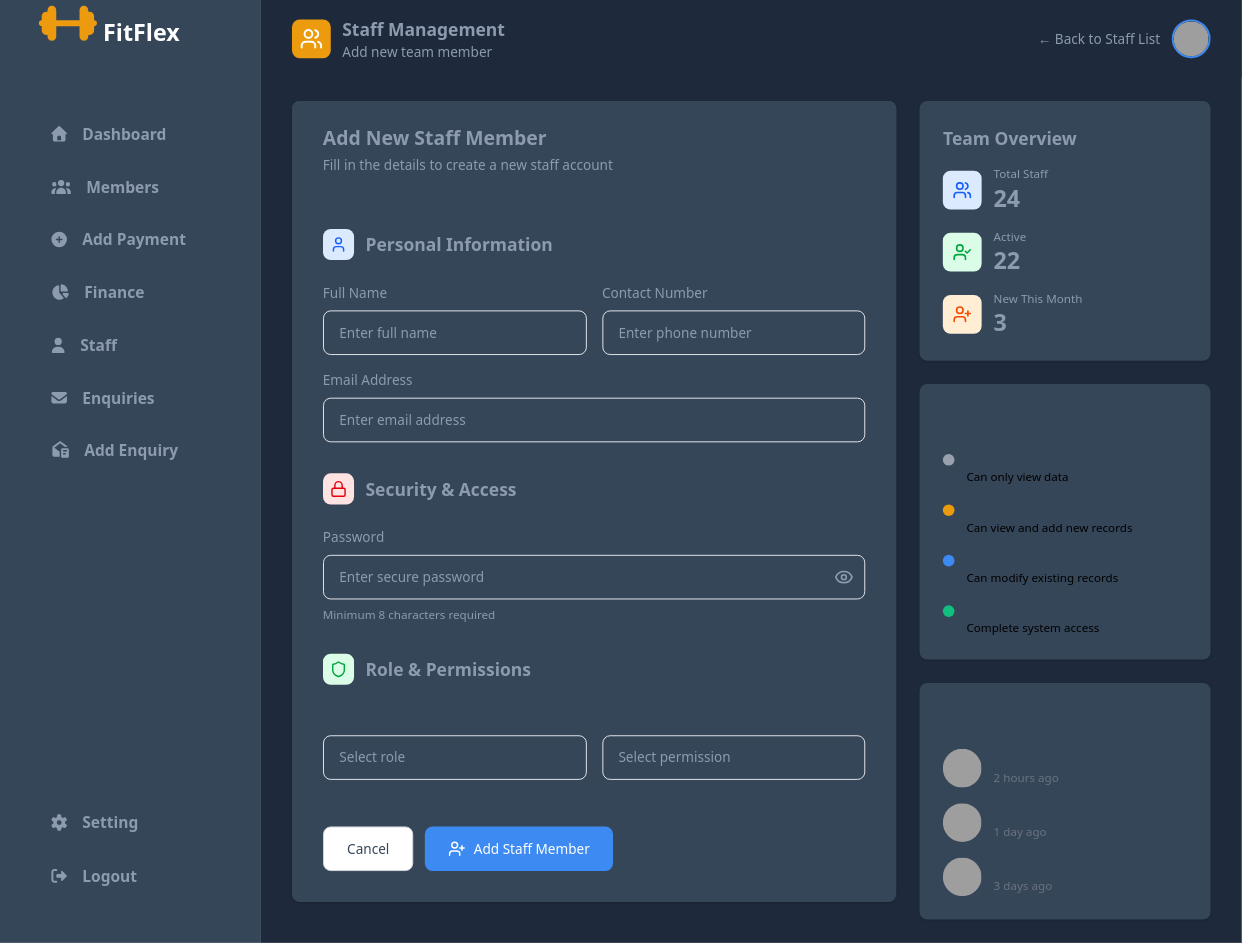
Repository: MuhammadTalhaTaj/gym_management_app_backend
Page: /addstaff (app in frontend/)
An editor plug-in stored every save of this project. The page is shown before and after the next save, followed by the edit.
The browser window is 1280 px wide. The pictures show the whole page, at 97% of full size.
Pictures or frames that could not be fetched are drawn as grey boxes. The project was rebuilt for these pictures with package versions that can differ from the ones it lists, and the page was loaded fresh each time. Also part of the build but not shown: frontend/vite.config.ts, frontend/src/assets/styles/AdminHeader.css, frontend/src/Components/AdminHeader.tsx, frontend/src/assets/styles/AdminDashboard.css, frontend/src/hooks/useDashboardData.ts, frontend/src/assets/styles/AdminDashboardStats.css, frontend/src/Components/AdminDashboardStats.tsx, frontend/src/Components/IncomeExpenseChart.tsx and 31 more.

Above is the page before, as saved 2025-11-21 10:47:13.

### frontend/index.html
<!doctype html>
<html lang="en">

<head>
  <meta charset="UTF-8" />
  <link rel="icon" type="image/svg+xml" href="/vite.svg" />
  <meta name="viewport" content="width=device-width, initial-scale=1.0" />
  <title>GymManagement</title>
  <link rel="preconnect" href="https://fonts.googleapis.com" />
  <link rel="preconnect" href="https://fonts.gstatic.com" crossorigin />
  <link rel="stylesheet" href="https://fonts.googleapis.com/css2?family=Roboto:wght@300;400;500;700&display=swap" />

</head>

<body>
  <div id="root"></div>
  <script type="module" src="/src/main.tsx"></script>
</body>

</html>

### frontend/src/index.css
@import "tailwindcss";
:root{
  padding: 0;
  margin: 0;
  box-sizing: border-box;
  --primary-100:#364659;
  --primary-200:#1E293B;
  --primary-300:#8C9BB0;
  --secondary-100: #EC9A0E;
  --secondary-200:#595446;
  --tertiary-100: #F24949;
  --tertiary-100-30: #584252;
  --tertiary-200: #F47117;
  --tertiary-200-30: #5A4B48;
  --tertiary-300: #11BF7F;
  --tertiary-300-30: #2B595E;
  --tertiary-400: #3D8BF2;
  --tertiary-400-30: #344E75;
  --tertiary-500: #94A3B8;
  --tertiary-600: #1E293B;
}
body{
  padding: 0;
  margin: 0;
}
.adminMain{
  display: flex;
  margin: 0;
  justify-content: space-between;
  padding: 0;
  /* border: 2px solid blue; */
}
@media all and (max-width:700px) {
  .adminMain{
    flex-direction: column;
  }
}

### frontend/src/Components/ProtectedRoute.tsx
import React, { useEffect, useState } from "react";
// import { Navigate } from "react-router-dom";
import { apiRequest } from "../config/api";

type Props = {
  children: React.ReactNode;
};

const getStoredToken = (): string | null => {
  return localStorage.getItem("accessToken") || sessionStorage.getItem("accessToken");
};

export default function ProtectedRoute({ children }: Props) {
  const [status, setStatus] = useState<"pending" | "ok" | "unauth">("pending");

  useEffect(() => {
    let mounted = true;

    const token = getStoredToken();
    if (!token) {
      // no token -> immediately unauth
      if (mounted) setStatus("unauth");
      return;
    }

    const validate = async () => {
      try {
        // call backend authenticate endpoint
        const res = await apiRequest<{ success?: boolean; message?: string; userId?: string }>({
          method: "GET",
          endpoint: "/auth/authenticate"
        });

        // backend returns success:true on valid token
        if (mounted && res && (res as any).success === true) {
          setStatus("ok");
        } else {
          // treat missing success flag as unauth
          if (mounted) setStatus("unauth");
        }
      } catch (err) {
        // any error -> unauth
        if (mounted) setStatus("unauth");
      }
    };

    validate();

    return () => { mounted = false; };
  }, []);

  if (status === "pending") {
    // while checking, render nothing (keep UI/layout unchanged)
    return null;
  }

  if (status === "unauth") {
    // clear tokens to ensure clean state, then redirect
    try {
      localStorage.removeItem("accessToken");
      sessionStorage.removeItem("accessToken");
    } catch (e) {
      // ignore
    }
    // return <Navigate to="/login" replace />;
  }

  // auth ok
  return <>{children}</>;
}

### frontend/src/context/AuthContext.tsx
// src/context/AuthContext.tsx (example)
import React, { createContext, useEffect } from "react";
import { onAuthFailure,
  // setAccessToken as storeAccessToken,
   clearTokens } from "../config/auth";
import { useNavigate } from "react-router-dom";

export const AuthContext = createContext<any>(null);

export const AuthProvider: React.FC<{children:any}> = ({ children }) => {
  const navigate = useNavigate();

  useEffect(() => {
    onAuthFailure(() => {
      // clear local tokens and redirect to login
      clearTokens();
      navigate("/login");
    });
  }, [navigate]);

  return <AuthContext.Provider value={{}}>{children}</AuthContext.Provider>;
};

### frontend/src/pages/Admin/AddStaff.tsx
import React, { useState } from 'react';
import { Eye, EyeOff, Users, UserCheck, UserPlus, Shield, User, Lock } from 'lucide-react';

// Data file - export this to a separate file in your project (e.g., staffData.js)
export const staffData = {
  teamOverview: {
    totalStaff: 24,
    activeStaff: 22,
    newThisMonth: 3
  },
  permissionLevels: [
    {
      id: 'view-only',
      name: 'View Only',
      description: 'Can only view data',
      color: 'bg-gray-400'
    },
    {
      id: 'view-add',
      name: 'View + Add',
      description: 'Can view and add new records',
      color: 'bg-[var(--secondary-100)]'
    },
    {
      id: 'view-add-update',
      name: 'View + Add + Update',
      description: 'Can modify existing records',
      color: 'bg-[var(--tertiary-400)]'
    },
    {
      id: 'full-access',
      name: 'Full Access',
      description: 'Complete system access',
      color: 'bg-[var(--tertiary-300)]'
    }
  ],
  recentActivity: [
    {
      id: 1,
      name: 'Sarah Chen',
      action: 'joined',
      time: '2 hours ago',
      avatar: 'https://i.pravatar.cc/150?img=1'
    },
    {
      id: 2,
      name: 'Mike Johnson',
      action: 'updated',
      time: '1 day ago',
      avatar: 'https://i.pravatar.cc/150?img=2'
    },
    {
      id: 3,
      name: 'Emma Davis',
      action: 'added',
      time: '3 days ago',
      avatar: 'https://i.pravatar.cc/150?img=3'
    }
  ],
  jobRoles: [
    'Select role',
    'Administrator',
    'Manager',
    'Developer',
    'Designer',
    'Analyst',
    'Support Staff'
  ],
  permissions: [
    'Select permission',
    'View Only',
    'View + Add',
    'View + Add + Update',
    'Full Access'
  ]
};

// Reusable Components
const Card = ({ children, className = '' }) => (
  <div className={`bg-[var(--primary-100)] rounded-lg shadow-sm ${className}`}>
    {children}
  </div>
);

const Input = ({ label, placeholder, type = 'text', value, onChange, showPasswordToggle, onTogglePassword, showPassword, helperText }) => (
  <div className="flex flex-col gap-2 ">
    {label && (
      <label className="text-sm font-medium text-[var(--primary-300)]">
        {label}
      </label>
    )}
    <div className="relative">
      <input
        type={type}
        placeholder={placeholder}
        value={value}
        onChange={onChange}
        className="w-full px-4 py-3 bg-[var(--primary-100)] border border-gray-200 rounded-lg text-sm text-[var(--primary-300)] placeholder-[var(--primary-300)] focus:outline-none focus:ring-2 focus:ring-[var(--tertiary-400)] focus:border-transparent transition-all"
      />
      {showPasswordToggle && (
        <button
          type="button"
          onClick={onTogglePassword}
          className="absolute right-3 top-1/2 -translate-y-1/2 text-[var(--primary-300)] hover:text-[var(--primary-100)] transition-colors"
        >
          {showPassword ? <EyeOff size={20} /> : <Eye size={20} />}
        </button>
      )}
    </div>
    {helperText && (
      <span className="text-xs text-[var(--primary-300)]">{helperText}</span>
    )}
  </div>
);

const Select = ({ label, options, value, onChange }) => (
  <div className="flex flex-col gap-2">
    {label && (
      <label className="text-sm font-medium text-[var(--primary-100)]">
        {label}
      </label>
    )}
    <select
      value={value}
      onChange={onChange}
      className="w-full px-4 py-3 bg-[var(--primary-100)] border border-gray-200 rounded-lg text-sm text-[var(--primary-300)] focus:outline-none focus:ring-2 focus:ring-[var(--tertiary-400)] focus:border-transparent transition-all appearance-none cursor-pointer"
      style={{
        backgroundImage: `url("data:[embedded picture, 161 characters]")`,
        backgroundRepeat: 'no-repeat',
        backgroundPosition: 'right 1rem center'
      }}
    >
      {options.map((option, index) => (
        <option key={index} value={option}>
          {option}
        </option>
      ))}
    </select>
  </div>
);

const Button = ({ children, variant = 'primary', onClick, icon: Icon }) => {
  const variants = {
    primary: 'bg-[var(--tertiary-400)] hover:bg-[var(--tertiary-400)]/90 text-white',
    secondary: 'bg-white hover:bg-gray-50 text-[var(--primary-100)] border border-gray-300'
  };

  return (
    <button
      onClick={onClick}
      className={`px-6 py-3 rounded-lg font-medium text-sm transition-all flex items-center justify-center gap-2 ${variants[variant]}`}
    >
      {Icon && <Icon size={18} />}
      {children}
    </button>
  );
};

const StatsCard = ({ icon: Icon, label, value, iconBg, iconColor }) => (
  <div className="flex items-center gap-3">
    <div className={`w-10 h-10 rounded-lg ${iconBg} flex items-center justify-center`}>
      <Icon size={20} className={iconColor} />
    </div>
    <div>
      <p className="text-xs text-[var(--primary-300)]">{label}</p>
      <p className="text-2xl font-bold text-[var(--primary-300)]">{value}</p>
    </div>
  </div>
);

const ActivityItem = ({ activity }) => (
  <div className="flex items-center gap-3">
    <img
      src={activity.avatar}
      alt={activity.name}
      className="w-10 h-10 rounded-full object-cover"
    />
    <div className="flex-1">
      <p className="text-sm font-medium text-[var(--primary-100)]">
        {activity.name} {activity.action}
      </p>
      <p className="text-xs text-gray-500">{activity.time}</p>
    </div>
  </div>
);

const PermissionItem = ({ permission }) => (
  <div className="flex items-start gap-3">
    <div className={`w-3 h-3 rounded-full ${permission.color} mt-1`}></div>
    <div className="flex-1">
      <p className="text-sm font-semibold text-[var(--primary-100)]">{permission.name}</p>
      <p className="text-xs tt-gray-500ex">{permission.description}</p>
    </div>
  </div>
);

const SectionHeader = ({ icon: Icon, title, iconBg, iconColor }) => (
  <div className="flex items-center gap-3 mb-6">
    <div className={`w-8 h-8 rounded-lg ${iconBg} flex items-center justify-center`}>
      <Icon size={18} className={iconColor} />
    </div>
    <h3 className="text-lg font-semibold text-[var(--primary-300)]">{title}</h3>
  </div>
);

// Main Component
const AddStaff = () => {
  const [formData, setFormData] = useState({
    fullName: '',
    contactNumber: '',
    email: '',
    password: '',
    jobRole: staffData.jobRoles[0],
    permission: staffData.permissions[0]
  });

  const [showPassword, setShowPassword] = useState(false);

  const handleInputChange = (field) => (e) => {
    setFormData(prev => ({ ...prev, [field]: e.target.value }));
  };

  const handleSubmit = () => {
    console.log('Form submitted:', formData);
    // Add your form submission logic here
  };

  const handleCancel = () => {
    setFormData({
      fullName: '',
      contactNumber: '',
      email: '',
      password: '',
      jobRole: staffData.jobRoles[0],
      permission: staffData.permissions[0]
    });
  };

  return (
    <div className="min-h-screen w-full bg-[var(--primary-200)]">
      {/* Header */}
      <header className="bg-[var(--primary-200)] text-white px-4 sm:px-6 lg:px-8 py-4">
        <div className="max-w-7xl mx-auto flex items-center justify-between">
          <div className="flex items-center gap-3">
            <div className="w-10 h-10 bg-[var(--secondary-100)] rounded-lg flex items-center justify-center">
              <Users size={24} />
            </div>
            <div>
              <h1 className="text-lg font-semibold text-[var(--primary-300)]">Staff Management</h1>
              <p className="text-sm text-[var(--primary-300)]">Add new team member</p>
            </div>
          </div>
          <div className="flex items-center gap-3">
            <button className="flex items-center text-[var(--primary-300)] gap-2 text-sm hover:text-gray-300 transition-colors">
              <span className="hidden sm:inline">← Back to Staff List</span>
              <span className="sm:hidden">← Back</span>
            </button>
            <img
              src="https://i.pravatar.cc/150?img=5"
              alt="User"
              className="w-10 h-10 rounded-full object-cover border-2 border-[var(--tertiary-400)]"
            />
          </div>
        </div>
      </header>

      {/* Main Content */}
      <main className="max-w-7xl mx-auto px-4 sm:px-6 lg:px-8 py-6">
        <div className="grid grid-cols-1 lg:grid-cols-3 gap-6">
          {/* Left Column - Form */}
          <div className="lg:col-span-2">
            <Card className="p-6 sm:p-8">
              {/* Form Header */}
              <div className="bg-[var(--primary-100)] text-[var(--primary-300)] -mx-6 sm:-mx-8 -mt-6 sm:-mt-8 px-6 sm:px-8 py-6 rounded-t-lg mb-8">
                <h2 className="text-xl font-bold mb-1">Add New Staff Member</h2>
                <p className="text-sm text-[var(--primary-300)]">Fill in the details to create a new staff account</p>
              </div>

              <div className="space-y-8">
                {/* Personal Information */}
                <div>
                  <SectionHeader
                    icon={User}
                    title="Personal Information"
                    iconBg="bg-blue-100"
                    iconColor="text-blue-600"
                  />
                  <div className="grid grid-cols-1 md:grid-cols-2 gap-4">
                    <Input
                      label="Full Name"
                      placeholder="Enter full name"
                      value={formData.fullName}
                      onChange={handleInputChange('fullName')}
                    />
                    <Input
                      label="Contact Number"
                      placeholder="Enter phone number"
                      type="tel"
                      value={formData.contactNumber}
                      onChange={handleInputChange('contactNumber')}
                    />
                  </div>
                  <div className="mt-4">
                    <Input
                      label="Email Address"
                      placeholder="Enter email address"
                      type="email"
                      value={formData.email}
                      onChange={handleInputChange('email')}
                    />
                  </div>
                </div>

                {/* Security & Access */}
                <div>
                  <SectionHeader
                    icon={Lock}
                    title="Security & Access"
                    iconBg="bg-red-100"
                    iconColor="text-red-600"
                  />
                  <Input
                    label="Password"
                    placeholder="Enter secure password"
                    type={showPassword ? 'text' : 'password'}
                    value={formData.password}
                    onChange={handleInputChange('password')}
                    showPasswordToggle
                    onTogglePassword={() => setShowPassword(!showPassword)}
                    showPassword={showPassword}
                    helperText="Minimum 8 characters required"
                  />
                </div>

                {/* Role & Permissions */}
                <div>
                  <SectionHeader
                    icon={Shield}
                    title="Role & Permissions"
                    iconBg="bg-green-100"
                    iconColor="text-green-600"
                  />
                  <div className="grid grid-cols-1 md:grid-cols-2 gap-4">
                    <Select
                      label="Job Role"
                      options={staffData.jobRoles}
                      value={formData.jobRole}
                      onChange={handleInputChange('jobRole')}
                    />
                    <Select
                      label="Permission Level"
                      options={staffData.permissions}
                      value={formData.permission}
                      onChange={handleInputChange('permission')}
                    />
                  </div>
                </div>

                {/* Action Buttons */}
                <div className="flex flex-col sm:flex-row gap-3 pt-4">
                  <Button variant="secondary" onClick={handleCancel}>
                    Cancel
                  </Button>
                  <Button variant="primary" onClick={handleSubmit} icon={UserPlus}>
                    Add Staff Member
                  </Button>
                </div>
              </div>
            </Card>
          </div>

          {/* Right Column - Sidebar */}
          <div className="space-y-6">
            {/* Team Overview */}
            <Card className="p-6">
              <h3 className="text-lg font-semibold text-[var(--primary-300)] mb-4">Team Overview</h3>
              <div className="space-y-4">
                <StatsCard
                  icon={Users}
                  label="Total Staff"
                  value={staffData.teamOverview.totalStaff}
                  iconBg="bg-blue-100"
                  iconColor="text-blue-600"
                />
                <StatsCard
                  icon={UserCheck}
                  label="Active"
                  value={staffData.teamOverview.activeStaff}
                  iconBg="bg-green-100"
                  iconColor="text-green-600"
                />
                <StatsCard
                  icon={UserPlus}
                  label="New This Month"
                  value={staffData.teamOverview.newThisMonth}
                  iconBg="bg-orange-100"
                  iconColor="text-orange-600"
                />
              </div>
            </Card>

            {/* Permission Levels */}
            <Card className="p-6">
              <h3 className="text-lg font-semibold text-[var(--primary-100)] mb-4">Permission Levels</h3>
              <div className="space-y-4">
                {staffData.permissionLevels.map(permission => (
                  <PermissionItem key={permission.id} permission={permission} />
                ))}
              </div>
            </Card>

            {/* Recent Activity */}
            <Card className="p-6">
              <h3 className="text-lg font-semibold text-[var(--primary-100)] mb-4">Recent Activity</h3>
              <div className="space-y-4">
                {staffData.recentActivity.map(activity => (
                  <ActivityItem key={activity.id} activity={activity} />
                ))}
              </div>
            </Card>
          </div>
        </div>
      </main>
    </div>
  );
};

export default AddStaff;

### frontend/src/config/auth.ts
// src/config/auth.ts
const ACCESS_TOKEN_KEY = "accessToken";

/**
 * Read access token (prefers localStorage, fallbacks to sessionStorage)
 */
export function readAccessToken(): string | null {
  return localStorage.getItem(ACCESS_TOKEN_KEY) || sessionStorage.getItem(ACCESS_TOKEN_KEY);
}

/**
 * Store access token.
 * If `persist` true -> save to localStorage, otherwise sessionStorage.
 */
export function setAccessToken(token: string | null, persist = true) {
  if (!token) {
    localStorage.removeItem(ACCESS_TOKEN_KEY);
    sessionStorage.removeItem(ACCESS_TOKEN_KEY);
    return;
  }
  if (persist) {
    localStorage.setItem(ACCESS_TOKEN_KEY, token);
    sessionStorage.removeItem(ACCESS_TOKEN_KEY);
  } else {
    sessionStorage.setItem(ACCESS_TOKEN_KEY, token);
    localStorage.removeItem(ACCESS_TOKEN_KEY);
  }
}

/**
 * Clear tokens
 */
export function clearTokens() {
  localStorage.removeItem(ACCESS_TOKEN_KEY);
  sessionStorage.removeItem(ACCESS_TOKEN_KEY);
}

/**
 * Call refresh endpoint to obtain a fresh access token.
 * Note: This request includes credentials because your backend may store refresh token in an httpOnly cookie.
 */
let AUTH_BASE_URL = (import.meta.env.VITE_API_URL || "http://localhost:4000").replace(/\/$/, "");

export async function refreshAccessToken(): Promise<string> {
  const url = `${AUTH_BASE_URL}/auth/refreshToken`;

  const res = await fetch(url, {
    method: "POST",
    // include cookies to allow the server to find httpOnly refresh cookie
    credentials: "include",
    headers: {
      "Content-Type": "application/json"
    },
    // no body needed because your server reads cookie/header
  });

  // If server returns non-JSON or non-ok, try to parse but handle gracefully
  let data: any = {};
  try {
    data = await res.json();
  } catch (e) {
    // ignore parse error
  }

  if (!res.ok) {
    // throw useful error with body message if present
    const message = data?.message || `Failed to refresh access token (status ${res.status})`;
    throw new Error(message);
  }

  if (!data?.accessToken) {
    throw new Error("Refresh succeeded but no accessToken returned");
  }

  // store returned token (persist behavior up to you; default persist)
  setAccessToken(data.accessToken, true);
  return data.accessToken;
}

/**
 * App-level callback when refresh fails (e.g., redirect to /login)
 */
let authFailureHandler: (() => void) | null = null;
export function onAuthFailure(handler: () => void) {
  authFailureHandler = handler;
}
export function callAuthFailureHandler() {
  if (typeof authFailureHandler === "function") authFailureHandler();
}

Loaded but not shown: frontend/src/main.tsx (common file); frontend/src/Components/AdminSidebar.tsx (181 lines, source omitted); frontend/src/config/api.ts (123 lines, source omitted); frontend/src/App.tsx (71 lines, source omitted); frontend/src/assets/styles/AdminSidebar.css (138 lines, source omitted)

After the next save:
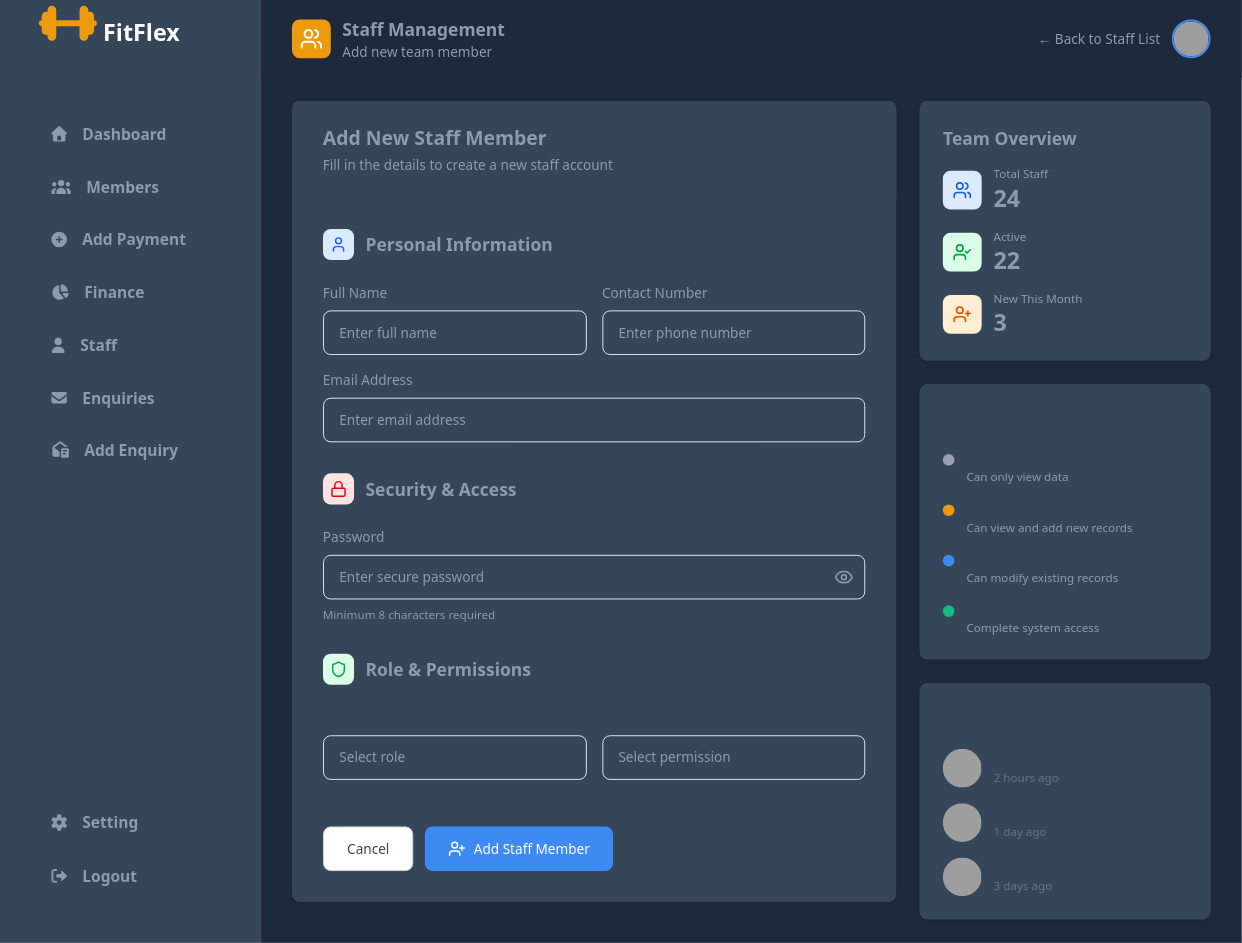
Saved 4 s later.
--- a/frontend/src/pages/Admin/AddStaff.tsx
+++ b/frontend/src/pages/Admin/AddStaff.tsx
@@ -189,7 +189,7 @@ const PermissionItem = ({ permission }) => (
     <div className={`w-3 h-3 rounded-full ${permission.color} mt-1`}></div>
     <div className="flex-1">
       <p className="text-sm font-semibold text-[var(--primary-100)]">{permission.name}</p>
-      <p className="text-xs tt-gray-500ex">{permission.description}</p>
+      <p className="text-xs text-[var(--primary-300)]">{permission.description}</p>
     </div>
   </div>
 );
